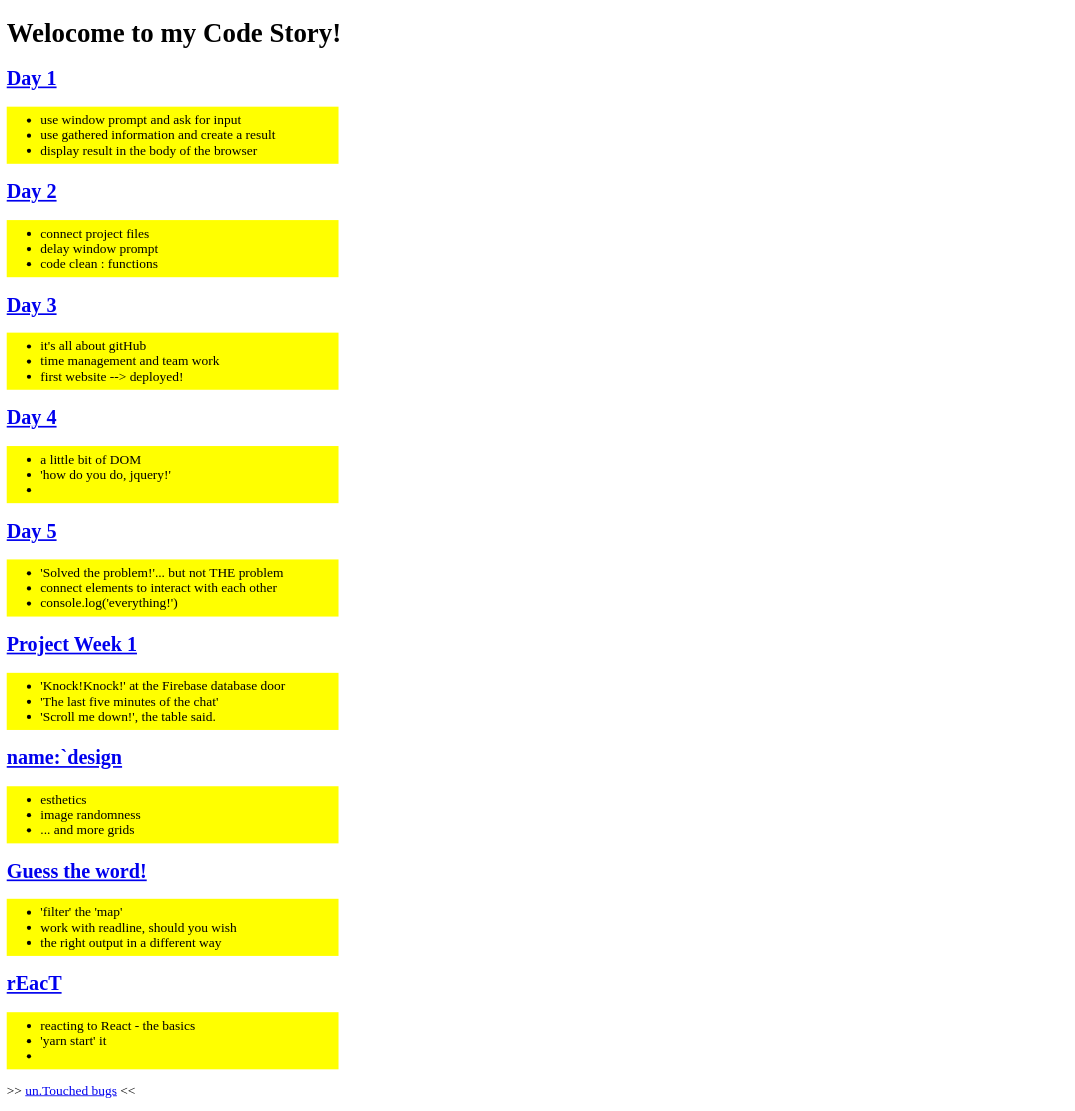
Repository: cicomsa/myCodeStory
Page: myCodeStory.html
An editor plug-in stored every save of this project. The page is shown before and after a run of saves, followed by the edit.
The browser window is 1280 px wide. The pictures show the whole page, at 84% of full size.

Above is the page before, as saved 2018-05-28 19:15:04.

After the next 2 saves:
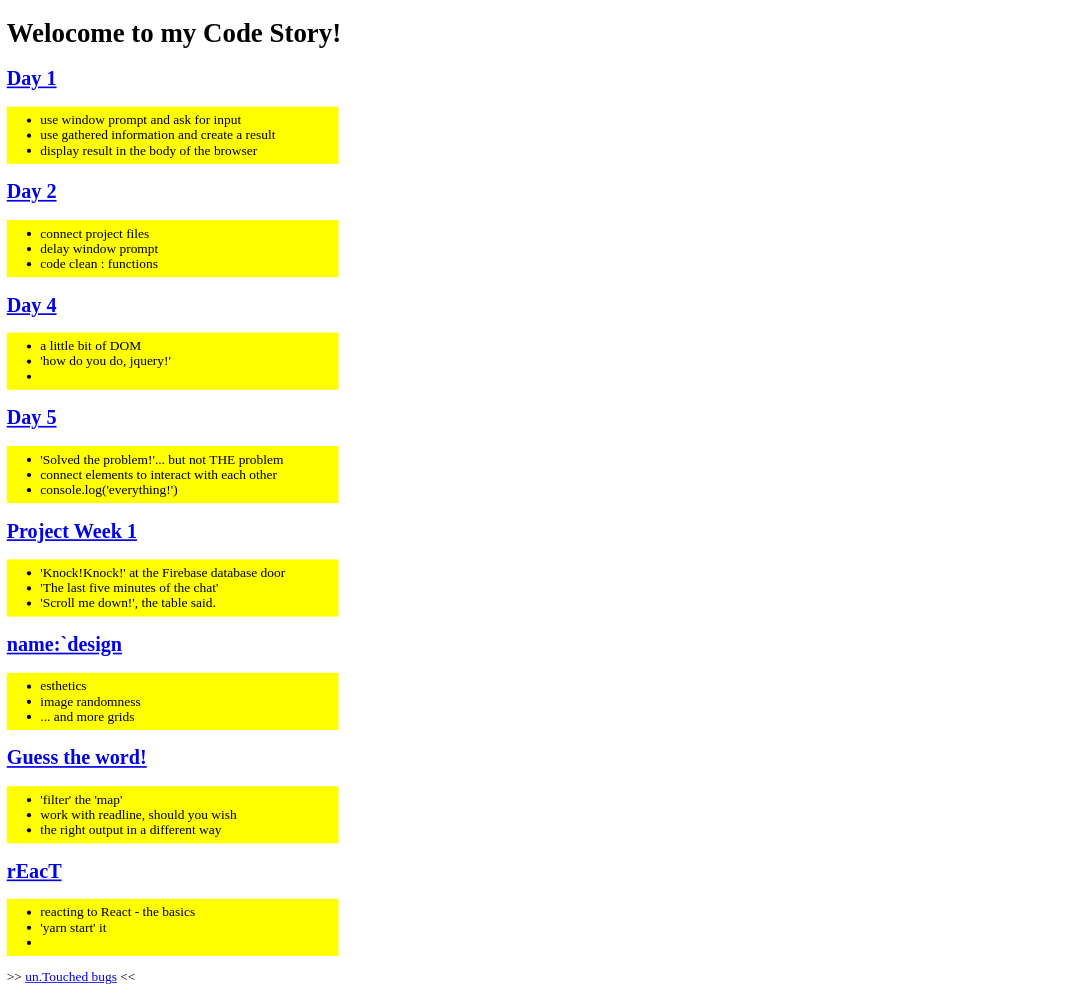
The 2 saves are shown as one change because they came seconds apart.
The last was saved 12 min 17 s later.
--- a/myCodeStory.html
+++ b/myCodeStory.html
@@ -30,15 +30,6 @@
       <li>connect project files</li>
       <li>delay window prompt</li>
       <li>code clean : functions</li>
-    </ul>
-  </div>
-
-  <div class='day3'>
-    <h2 id=day3><a href='http://priceless-meitner-1f4564.bitballoon.com' target="_blank">Day 3</a></h2>
-    <ul id='day3'>
-      <li>it's all about gitHub</li>
-      <li>time management and team work</li>
-      <li>first website --> deployed!</li>
     </ul>
   </div>
 
